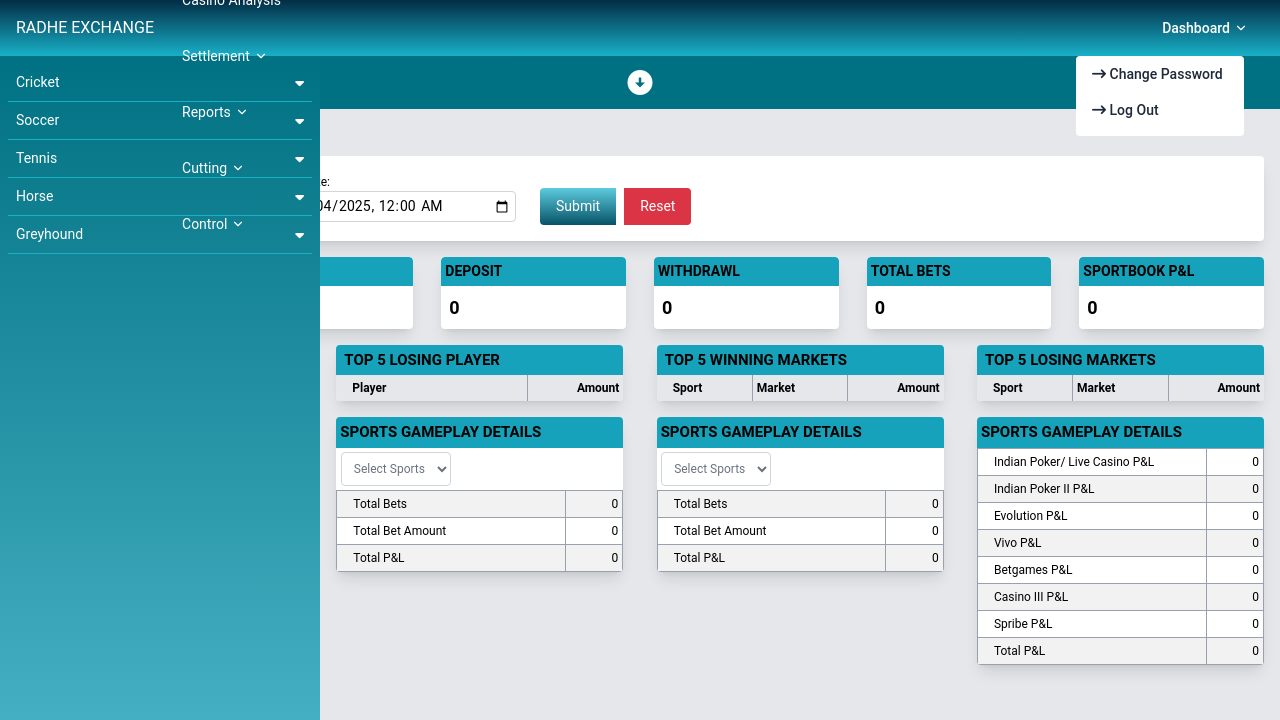
Repository: Habeebur1493/Radhe-Exchange
Page: /dashboard (app in frontend/), after clicking the first element matching `button.space-x-1`
An editor plug-in stored every save of this project. The page is shown before and after the next save, followed by the edit.
The browser window is 1280 px wide. The pictures show the whole page.
Some web libraries are served in a nearby version. The project was rebuilt for these pictures with package versions that can differ from the ones it lists, and the page was loaded fresh each time. Also part of the build but not shown: frontend/vite.config.js, frontend/src/components/login.jsx, frontend/src/components/Register.jsx.

Above is the page before, as saved 2025-03-05 11:28:32.

### frontend/index.html
<!doctype html>
<html lang="en">
  <head>
    <meta charset="UTF-8" />
    <meta name="viewport" content="width=device-width, initial-scale=1.0" />
    <link
    href="https://cdn.jsdelivr.net/npm/remixicon@4.5.0/fonts/remixicon.css"
    rel="stylesheet"
/>
<link rel="stylesheet" href="https://cdnjs.cloudflare.com/ajax/libs/font-awesome/6.7.2/css/all.min.css" integrity="sha512-Evv84Mr4kqVGRNSgIGL/F/aIDqQb7xQ2vcrdIwxfjThSH8CSR7PBEakCr51Ck+w+/U6swU2Im1vVX0SVk9ABhg==" crossorigin="anonymous" referrerpolicy="no-referrer" />
    <title>Radheexch | Admin</title>

  </head>
  <body>
    <div id="root"></div>
    <script type="module" src="/src/main.jsx"></script>
  </body>
</html>

### frontend/src/App.jsx
import React from "react";
import "./App.css";
import { Navigate, Routes, Route } from "react-router-dom";
import Login from "./components/login";
import Register from "./components/Register";
import Dashboard from "./components/dashboard";

const App = () => {
  return (
    <div>
      <Routes>
        <Route path="/" element={<Navigate to="/login" />} />
        <Route path="/login" element={<Login />} />
        <Route path="/register" element={<Register />} />
        <Route path="/dashboard" element={<Dashboard />} />
      </Routes>
    </div>
  );
};

export default App;

### frontend/src/App.css
@import "tailwindcss";

@import url('https://fonts.googleapis.com/css2?family=Roboto:ital,wght@0,100..900;1,100..900&display=swap');

:root {
    --primary-background: linear-gradient(#022d45, #18b0c7);
    --secondary-background: linear-gradient(#5dcbde, #075366);
    --tertiary-background: linear-gradient(#007182, #4ab4c7);
    --four-background: linear-gradient(#075366, #5dcbde);
}

.main{
    background: var(--primary-background);
    font-family: "Roboto", sans-serif;
}

.btn{
    background: var(--secondary-background);
    font-family: "Roboto", sans-serif;
}

nav{
    background: var(--primary-background);
    font-family: "Roboto", sans-serif;
    font-size: 14px;
}
.dashboard{
    font-family: "Roboto", sans-serif;
    font-size: 14px;
}

.sidebar{
    background: var(--tertiary-background);
    font-family: "Roboto", sans-serif;
    font-size: 14px;
}
.btn1{
    background: var(--secondary-background);
    font-family: "Roboto", sans-serif;
    transition: all 0.3s ease-in-out;
}
.btn1:hover{
    background: var(--four-background);
}

.dash{
    font-family: "Roboto", sans-serif;
    font-size: 14px;
}

### frontend/src/components/dashboard.jsx
import React, { useState } from "react";
import { ChevronDown } from "lucide-react";
import Sidebar from "./Sidebar";
import DashContent from "./DashContent";

const Dashboard = () => {
  const [isDropdownOpen, setIsDropdownOpen] = useState(false);
  const [isOpen, setIsOpen] = useState(false);

  return (
    <div className="dashboard min-h-screen bg-gray-200 overflow-x-hidden">
      {/* Navbar */}
      <nav className="bg-[--primary-background] text-white flex items-center h-14 px-4 shadow-md lg:w-full ">
  <Sidebar />
  <h1 className="text-[10px] lg:text-[16px]">RADHE EXCHANGE</h1>
  {/* Navbar Links (Now Closer to H1) */}
  <div className="ml-6 flex items-center">
    <ul className="hidden lg:block md:flex space-x-3">
      {["Dashboard", "Clients", "Sport Analysis", "Casino Analysis"].map(
        (item) => (
          <li key={item}>
            <a
              href="#"
              className="h-14 flex items-center px-1 hover:bg-[#18b0c7] transition-all duration-200 ease-in-out"
            >
              {item}
            </a>
          </li>
        )
      )}

      {/* Dropdown Menus */}
      {["Settlement"].map((item) => (
        <li key={item} className="relative group lg:block hidden">
          <button className="h-14 flex items-center px-1 hover:bg-[#18b0c7] transition-all duration-200 ease-in-out">
            {item}
            <ChevronDown size={14} className="ml-1" />
          </button>

          {/* Dropdown - Show on Hover but only inside the navbar */}
          <div className="absolute left-0 mt-0 w-40 bg-[#16a2ba] text-white opacity-0 invisible group-hover:opacity-100 group-hover:visible transition-all duration-200 ease-in-out">
            <a
              href="#"
              className="block px-4 py-2 hover:bg-[#107a8d] border-b border-gray-500"
            >
              User
            </a>
            <a href="#" className="block px-4 py-2 hover:bg-[#107a8d]">
              Master
            </a>
          </div>
        </li>
      ))}
      {/* Dropdown Menus */}
      {["Reports"].map((item) => (
        <li key={item} className="relative group lg:block hidden">
          <button className="h-14 flex items-center px-1 hover:bg-[#18b0c7] transition-all duration-200 ease-in-out">
            {item}
            <ChevronDown size={14} className="ml-1" />
          </button>

          {/* Dropdown - Show on Hover */}
          <div className="absolute left-0 mt-0 w-40 bg-[#16a2ba] text-white opacity-0 invisible group-hover:opacity-100 group-hover:visible transition-all duration-200 ease-in-out">
            <a
              href="#"
              className="block px-4 py-2 hover:bg-[#107a8d] border-b-1 border-gray-500"
            >
              User Detail
            </a>
            <a
              href="#"
              className="block px-4 py-2 hover:bg-[#107a8d] border-b-1 border-gray-500"
            >
              Account Satatement
            </a>
            <a
              href="#"
              className="block px-4 py-2 hover:bg-[#107a8d]  border-b-1 border-gray-500"
            >
              Settlement/Balance Report
            </a>
            {/* More Report Links */}
          </div>
        </li>
      ))}
      {/* Dropdown Menus */}
      {["Cutting"].map((item) => (
        <li key={item} className="relative group lg:block hidden">
          <button className="h-14 flex items-center px-1 hover:bg-[#18b0c7] transition-all duration-200 ease-in-out">
            {item}
            <ChevronDown size={14} className="ml-1" />
          </button>

          {/* Dropdown - Show on Hover */}
          <div className="absolute left-0 mt-0 w-40 bg-[#16a2ba] text-white opacity-0 invisible group-hover:opacity-100 group-hover:visible transition-all duration-200 ease-in-out">
            <a
              href="#"
              className="block px-4 py-2 hover:bg-[#107a8d]  border-b-1 border-gray-500"
            >
              Agent Master
            </a>
            <a href="#" className="block px-4 py-2 hover:bg-[#107a8d]">
              Cutting History
            </a>
          </div>
        </li>
      ))}
      {/* Dropdown Menus */}
      {["Control"].map((item) => (
        <li key={item} className="relative group lg:block hidden">
          <button className="h-14 flex items-center px-1 hover:bg-[#18b0c7] transition-all duration-200 ease-in-out">
            {item}
            <ChevronDown size={14} className="ml-1" />
          </button>

          {/* Dropdown - Show on Hover */}
          <div className="absolute left-0 mt-0 w-40 bg-[#16a2ba] text-white opacity-0 invisible group-hover:opacity-100 group-hover:visible transition-all duration-200 ease-in-out">
            <a
              href="#"
              className="block px-4 py-2 hover:bg-[#107a8d]  border-b-1 border-gray-500"
            >
              Game
            </a>
            <a href="#" className="block px-4 py-2 hover:bg-[#107a8d]">
              Casino
            </a>
          </div>
        </li>
      ))}
    </ul>
  </div>

  {/* Move Dashboard Dropdown to the Right */}
  <div className="ml-auto">
    <ul className="hidden lg:block md:flex text-sm font-medium">
      <li className="relative">
        <button
          onClick={() => setIsDropdownOpen(!isDropdownOpen)}
          className="flex items-center space-x-1 focus:outline-none px-4 h-14"
        >
          <span>Dashboard</span>
          <ChevronDown size={14} />
        </button>

        {/* Dropdown Menu - Shows on Click */}
        {isDropdownOpen && (
          <div className="absolute h-20 right-5 w-42 bg-white text-gray-800  rounded-sm">
            <a href="#" className="block px-4 py-2 hover:bg-[#5dcbde]">
              <span>
                <i className="fa-solid fa-arrow-right-long"></i>
              </span>{" "}
              Change Password
            </a>
            <a href="#" className="block px-4 py-2 hover:bg-[#5dcbde]">
              <span>
                <i className="fa-solid fa-arrow-right-long"></i>
              </span>{" "}
              Log Out
            </a>
          </div>
        )}
      </li>
    </ul>
  </div>
</nav>


      {/* Header */}
      <header className="bg-[#007182] p-1  ">
        {/* Dropdown Toggle */}
        <div
          className="cursor-pointer flex items-center justify-center"
          onClick={() => setIsOpen(!isOpen)}
        >
          <i
            className={`ri-arrow-down-circle-fill text-white text-[30px] transition-transform ${
              isOpen ? "rotate-180" : ""
            }`}
          ></i>
        </div>

        {/* Dropdown Content */}
        {isOpen && (
          <div className="bg-[#007182] transition-all duration-300 pb-1 px-4">
            <div className="flex justify-evenly items-center text-white text-[14px] w-full mr-4">
              <div className="flex flex-col text-center gap-2  ">
                <h4 className="flex justify-between">
                  User ID: <span className="ml-2">776demo</span>
                </h4>
                <h4 className="flex justify-between">
                  User Type: <span className="ml-2">Admin</span>
                </h4>
              </div>

              <div className="flex flex-col text-center gap-2 w-1/5">
                <h4 className="flex justify-evenly">
                  Given Bal:{" "}
                  <span className="text-[#20fa5e] ml-2">1000.00</span>
                </h4>
                <h4 className="flex justify-evenly">
                  Available: <span className="text-[#20fa5e] ml-2">500.00</span>
                </h4>
              </div>

              <div className="flex flex-col text-center gap-2 w-1/5">
                <h4 className="flex justify-evenly">
                  Up Line: <span className="ml-6">0</span>
                </h4>
                <h4 className="flex justify-evenly">
                  Down Line: <span className="ml-2">0</span>
                </h4>
              </div>

              <div className="flex flex-col text-center gap-2 w-1/5">
                <h4 className="flex justify-evenly">
                  Current P&L: <span className="ml-2">0</span>
                </h4>
                <h4 className="flex justify-evenly">
                  Exposure: <span className="ml-8">0</span>
                </h4>
              </div>

              <div className="flex flex-col text-center gap-2 w-1/5 mb-7 pl-10">
                <h4 className="flex justify-evenly">
                  My P&L: <span className="ml-10">0</span>
                </h4>
              </div>
            </div>
          </div>
        )}
      </header>
      <DashContent />
    </div>
  );
};

export default Dashboard;

### frontend/src/components/Sidebar.jsx
import React, { useState } from "react";
import { Link } from "react-router-dom";

const Sidebar = () => {
  const [isOpen, setIsOpen] = useState(false);
  const [dropdowns, setDropdowns] = useState({});
  const [nestedDropdowns, setNestedDropdowns] = useState({});

  const toggleDropdown = (category) => {
    setDropdowns((prev) => ({ ...prev, [category]: !prev[category] }));
  };

  const toggleNestedDropdown = (item) => {
    setNestedDropdowns((prev) => ({ ...prev, [item]: !prev[item] }));
  };

  const menuItems = [
    {
      key: "cricket",
      label: "Cricket",
      items: [
        {
          title: "ICC Champions Trophy",
          subItems: ["India v Australia", "England v South Africa", "South Africa v New Zealand"],
        },
        {
          title: "Women's Premier League",
          subItems: ["Women's Premier League", "Up Warriorz W v Mumbai Indians W", "Gujarat Giants W v Delhi Capitals W"],
        },
        {
          title: "International T20 Masters League",
          subItems: ["Sri Lanka Masters v West Indies Masters", "India Masters v Australia Masters"],
        },
      ],
    },
    {
      key: "soccer",
      label: "Soccer",
      items: [
        {
          title: "League 1",
          subItems: ["Team A v Team B", "Team C v Team D"],
        },
        {
          title: "League 2",
          subItems: ["Match 3", "Match 4"],
        },
      ],
    },
    {
      key: "tennis",
      label: "Tennis",
      items: [
        {
          title: "Grand Slam",
          subItems: ["Final Match", "Semi Final"],
        },
        {
          title: "ATP Finals",
          subItems: ["Quarter Final", "Round of 16"],
        },
      ],
    },
    {
      key: "Horse",
      label: "Horse",
      items: [
        {
          title: "Grand Prix",
          subItems: ["Final Match", "Semi Final"],
        },
        {
          title: "ATP Finals",
          subItems: ["Quarter Final", "Round of 16"],
        },
      ],
    },
    {
      key: "Greyhound",
      label: "Greyhound",
      items: [
        {
          title: "Grand Prix",
          subItems: ["Final Match", "Semi Final"],
        },
        {
          title: "ATP Finals",
          subItems: ["Quarter Final", "Round of 16"],
        },
      ],
    },
  ];

  return (
    <div className="relative">
      {/* Menu Icon */}
      <button
        onClick={() => setIsOpen(!isOpen)}
        className="p-2 text-xl md:hidden" // Show menu icon on mobile only
      >
        <i className="fa-solid fa-bars"></i>
      </button>

      {/* Sidebar */}
      <div
        className={`sidebar fixed top-0 left-0 h-full w-64 md:w-80 mt-14 bg-[--tertiary-background] text-white transition-transform duration-300 ${
          isOpen ? "translate-x-0" : "-translate-x-full"
        } md:translate-x-0`} // Remove translation on desktop view
      >
        <ul className="p-2">
          {menuItems.map(({ key, label, items }) => (
            <li key={key} className="cursor-pointer">
              {/* Main Category */}
              <div
                className="flex justify-between items-center w-full p-2 hover:bg-[#5dcbde] transition-all border-b border-[#18b0c7]"
                onClick={() => toggleDropdown(key)}
              >
                {label}{" "}
                <i
                  className={`fa-solid fa-caret-${dropdowns[key] ? "up" : "down"}`}
                ></i>
              </div>

              {/* First-level Dropdown */}
              <ul
                className={`overflow-hidden text-[11px] bg-[#d2dcf7] text-black transition-all duration-300 ${
                  dropdowns[key] ? "max-h-[1000px] opacity-100" : "max-h-0 opacity-0"
                }`}
              >
                {items.map(({ title, subItems }, index) => (
                  <li key={index} className="pl-6 pr-2 py-2">
                    {/* Square Plus/Minus Icon */}
                    <button
                      onClick={() => toggleNestedDropdown(title)}
                      className="mr-2"
                    >
                      <i
                        className={`fa-solid fa-${
                          nestedDropdowns[title] ? "square-minus" : "square-plus"
                        } text-lg`}
                      ></i>
                    </button>
                    {title}

                    {/* Nested Dropdown */}
                    <ul
                      className={`overflow-hidden transition-all duration-300 ${
                        nestedDropdowns[title] ? "max-h-[1000px] opacity-100 pl-6" : "max-h-0 opacity-0"
                      }`}
                    >
                      {subItems.map((subItem, subIndex) => (
                        <li key={subIndex} className="text-black py-1 flex items-center">
                          <i className="fa-solid fa-square-xmark mr-2"></i>
                          <Link to={`/${key}/${title}/${subItem}`} className="cursor-pointer">
                            {subItem}
                          </Link>
                        </li>
                      ))}
                    </ul>
                  </li>
                ))}
              </ul>
            </li>
          ))}
        </ul>
      </div>
    </div>
  );
};

export default Sidebar;

Loaded but not shown: frontend/src/main.jsx (common file); frontend/src/components/DashContent.jsx (344 lines, source omitted)

After the next save:
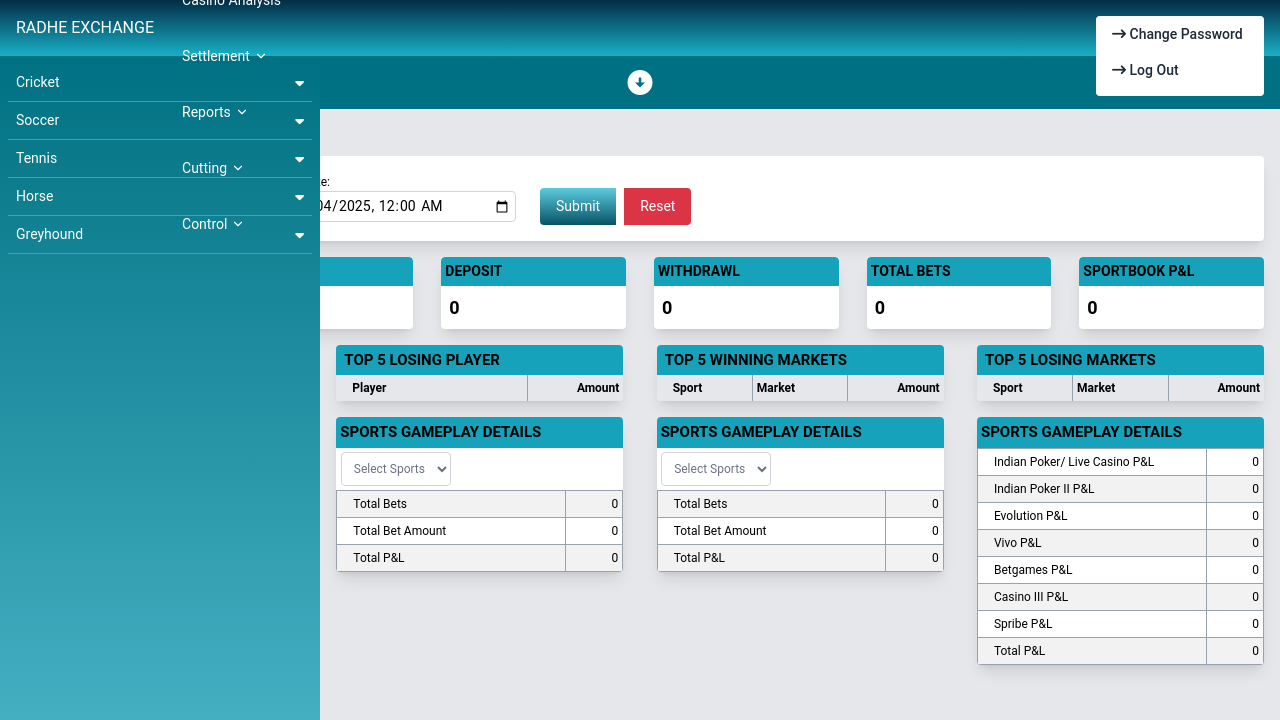
Saved 34 s later.
--- a/frontend/src/components/dashboard.jsx
+++ b/frontend/src/components/dashboard.jsx
@@ -144,7 +144,7 @@
 
         {/* Dropdown Menu - Shows on Click */}
         {isDropdownOpen && (
-          <div className="absolute h-20 right-5 w-42 bg-white text-gray-800  rounded-sm">
+          <div className=" h-20 right-5 w-42 bg-white text-gray-800  rounded-sm">
             <a href="#" className="block px-4 py-2 hover:bg-[#5dcbde]">
               <span>
                 <i className="fa-solid fa-arrow-right-long"></i>

After the save that followed:
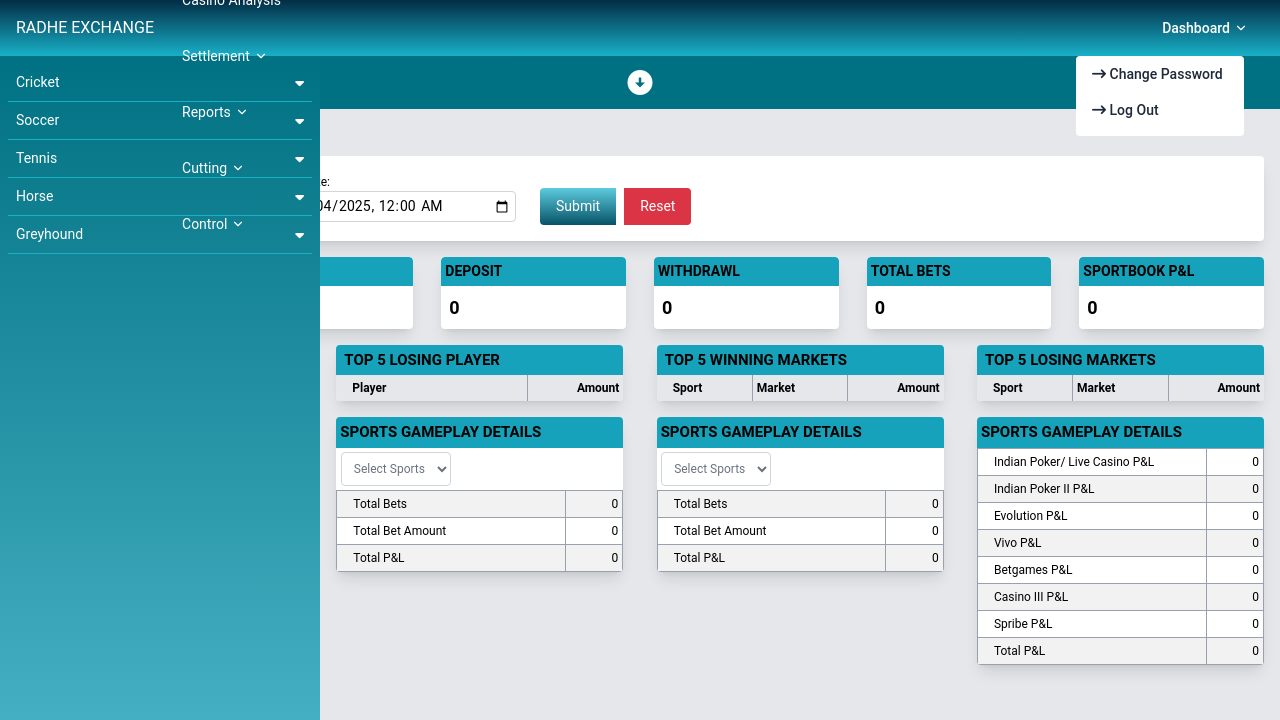
Saved 14 s later.
--- a/frontend/src/components/dashboard.jsx
+++ b/frontend/src/components/dashboard.jsx
@@ -144,7 +144,7 @@
 
         {/* Dropdown Menu - Shows on Click */}
         {isDropdownOpen && (
-          <div className=" h-20 right-5 w-42 bg-white text-gray-800  rounded-sm">
+          <div className="absolute h-20 right-5 w-42 bg-white text-gray-800  rounded-sm">
             <a href="#" className="block px-4 py-2 hover:bg-[#5dcbde]">
               <span>
                 <i className="fa-solid fa-arrow-right-long"></i>
